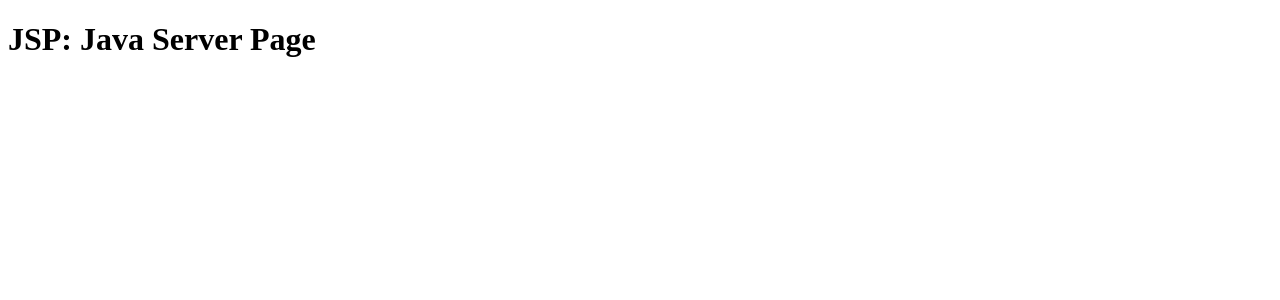
Repository: windy9109/FrontendClass
Page: http://localhost/webpro/0225/radio.jsp
The author's editor kept a copy of each file at every save. The page is drawn from the files as they stood at one save, then again after the next save.
The browser window is 1280 px wide. The pictures show the whole page.
The page is served by Tomcat 9.

Above is the page before, as saved 2022-02-25 07:23:22.

### webpro/src/main/webapp/0225/radio.jsp
<%@ page language="java" contentType="text/html; charset=UTF-8"
    pageEncoding="UTF-8"%>
<!DOCTYPE html>
<html>
<head>
<meta charset="UTF-8">
<title>Insert title here</title>
</head>
<body>
	<h1>JSP: Java Server Page</h1>
	<%
	//클라이언트 전송시
	//from에서 입력또는 선택한 값을 가져온다

	%>
</body>
</html>

After the next save:
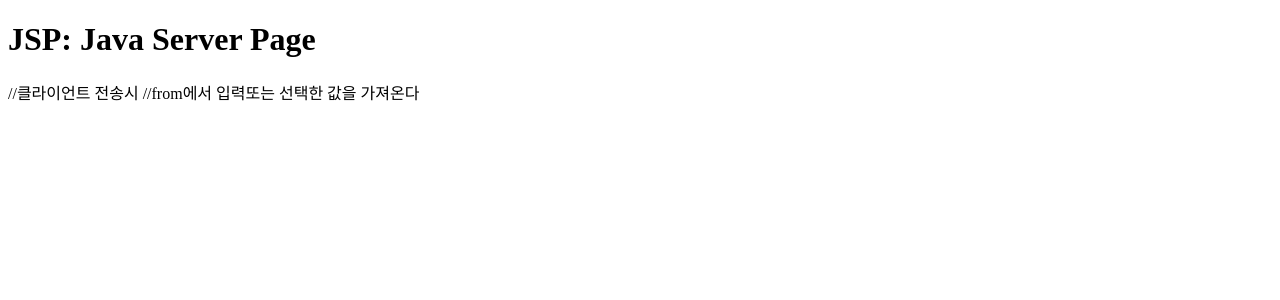
Saved 2 min 0 s later.
--- a/webpro/src/main/webapp/0225/radio.jsp
+++ b/webpro/src/main/webapp/0225/radio.jsp
@@ -8,10 +8,17 @@
 </head>
 <body>
 	<h1>JSP: Java Server Page</h1>
-	<%
+
+	<p>
 	//클라이언트 전송시
 	//from에서 입력또는 선택한 값을 가져온다
+	</p>
 
+	<%
+		String user = request.getParameter("gender");
 	%>
+
+
+
 </body>
 </html>
